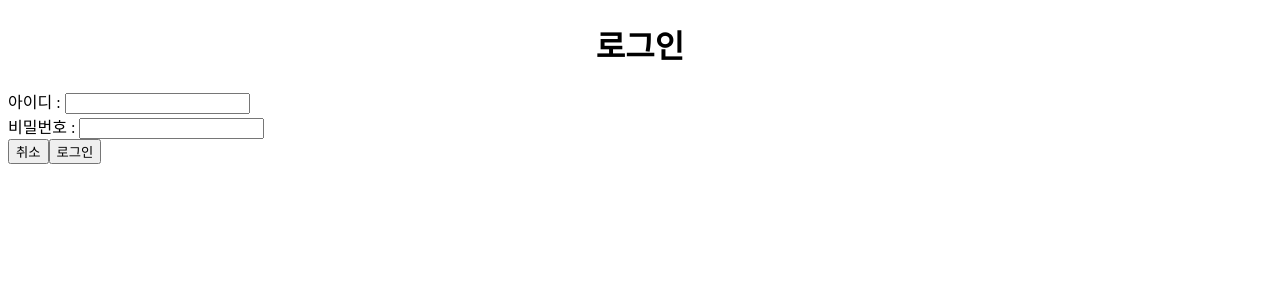
Repository: pvntlc/D-IT-Tech-Internship
Page: work_web/Day1/src/main/webapp/login.html
These files come from the project's save history. The page is drawn as it stood at one moment and after the next save; the edit follows.
The browser window is 1280 px wide. The pictures show the whole page.

Above is the page before, as saved 2023-09-11 01:35:25.

After the next save:
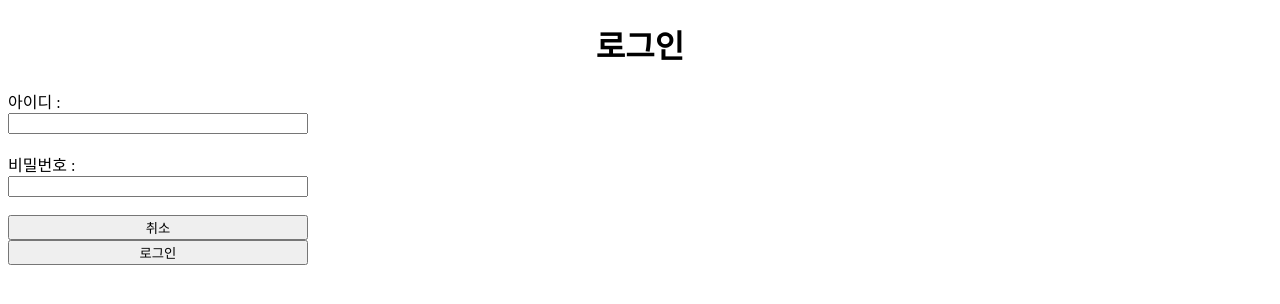
Saved 57 s later.
--- a/work_web/Day1/src/main/webapp/login.html
+++ b/work_web/Day1/src/main/webapp/login.html
@@ -13,7 +13,8 @@
 		}
 
 		#container{
-
+			width: 300px;
+			display: grid;
 		}
 	</style>
 
